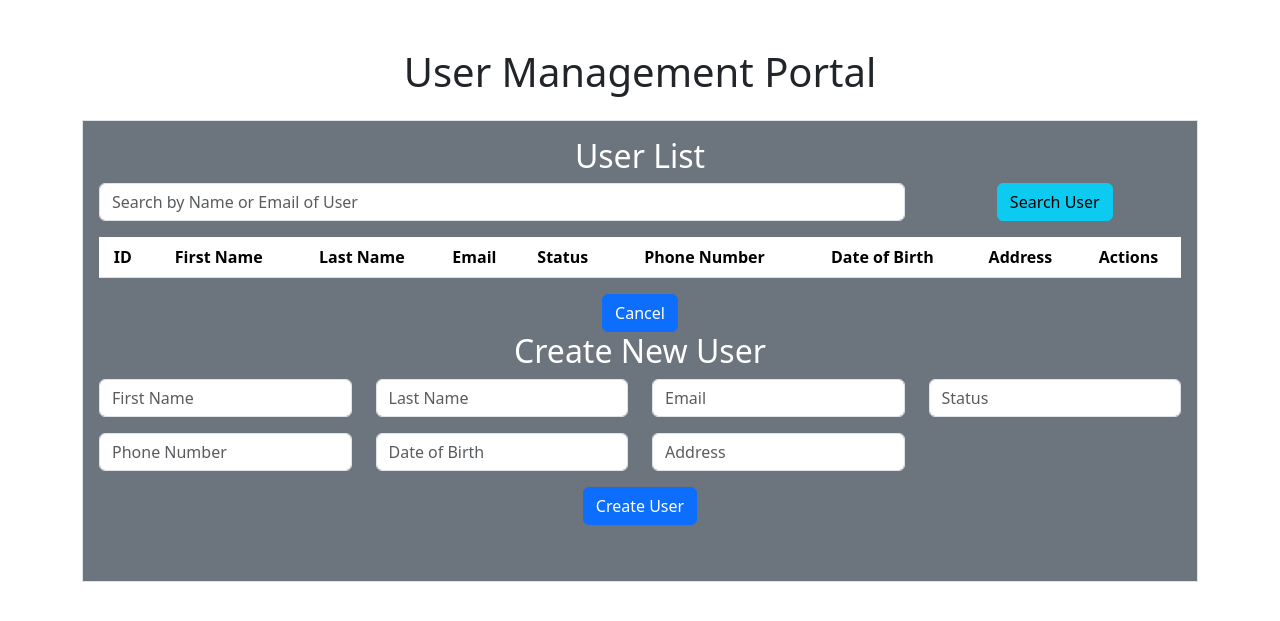
Repository: nairshreejith/reactstudent3
Page: /, after clicking the first element matching `button.btn-primary`
These files come from the project's save history. The page is drawn as it stood at one moment and after the next save; the edit follows.
The browser window is 1280 px wide. The pictures show the whole page.
The page's requests for data from a server got no answer. The project was rebuilt for these pictures with package versions that can differ from the ones it lists, and the page was loaded fresh each time. No one was signed in, and anything a server would have sent is missing.

Above is the page before, as saved 2023-09-15 18:56:20.

### src/App.js
import React, { useState, useEffect } from 'react';
import './App.css';
import './custom.css';
import axios from 'axios';

const api = axios.create({
  baseURL: 'http://localhost:8091', // Replace with your server's URL
});

function App() {
  const [users, setUsers] = useState([]);
  const [searchTerm, setSearchTerm] = useState('');
  const [newUser, setNewUser] = useState({
    firstname: '',
    lastname: '',
    email: '',
    status: '',
    phonenumber: '',
    dob: '',
    address: '',
  });
  const [editingUser, setEditingUser] = useState(null);
  const [showCreateForm, setShowCreateForm] = useState(false); // Track whether to display the create user form

  useEffect(() => {
    fetchUsers();
  }, []);

  const fetchUsers = () => {
    api.get(`/api/users`)
      .then((response) => setUsers(response.data))
      .catch((error) => console.error(error));
  };

  const handleSearch = () => {
    api.get(`/api/users/search/${searchTerm}`)
      .then((response) => setUsers(response.data))
      .catch((error) => console.error(error));
  };

  const handleCreateUser = () => {
    api.post('/api/users', newUser)
      .then(() => {
        fetchUsers();
        setNewUser({
          firstname: '',
          lastname: '',
          email: '',
          status: '',
          phonenumber: '',
          dob: '',
          address: '',
        });
        setShowCreateForm(false);
      })
      .catch((error) => console.error(error));
  };

  const handleModifyUser = (id) => {
    // Implement the logic to modify a user's data
    const modifiedUserData = users.find((user) => user.id === id);

    api.put(`/api/users/${id}`, modifiedUserData)
      .then(() => {
        // Refresh user list after modification
        fetchUsers();
        setEditingUser(null); // Clear the editing state
      })
      .catch((error) => console.error(error));
  };

  const handleDeleteUser = (id) => {
    api.delete(`/api/users/${id}`)
      .then(() => {
        fetchUsers();
      })
      .catch((error) => console.error(error));
  };

  return (
    <div className="App container mt-5">
      <h1 className="mb-4">User Management Portal</h1>
      <div className="border bg-secondary text-white p-3 mb-4">
        <h2>User List</h2>
        <div className="mb-3">
          <div className="row">
            <div className="col-md-9">
              <input type="text" className="form-control" placeholder="Search by Name or Email of User" value={searchTerm} onChange={(e) => setSearchTerm(e.target.value)} />
            </div>
            <div className="col-md-3">
              <button className="btn btn-info" onClick={handleSearch}>Search User</button>
            </div>
          </div>
        </div>
        <table className="table table-striped">
          <thead>
            <tr>
              <th>ID</th>
              <th>First Name</th>
              <th>Last Name</th>
              <th>Email</th>
              <th>Status</th>
              <th>Phone Number</th>
              <th>Date of Birth</th>
              <th>Address</th>
              <th>Actions</th>
            </tr>
          </thead>
          <tbody>
            {users.map((user) => (
              <tr key={user.id}>
                <td>{user.id}</td>
                <td>
                  {editingUser === user.id ? (
                    <input
                      type="text"
                      className="form-control"
                      value={user.firstname}
                      onChange={(e) => {
                        const updatedUser = { ...user, firstname: e.target.value };
                        const updatedUsers = [...users];
                        updatedUsers[updatedUsers.findIndex((u) => u.id === user.id)] = updatedUser;
                        setUsers(updatedUsers);
                      }}
                    />
                  ) : (
                    user.firstname
                  )}
                </td>
                {/* Render other user attributes */}
                <td>{user.lastname}</td>
                <td>{user.email}</td>
                <td>{user.status}</td>
                <td>{user.phonenumber}</td>
                <td>{user.dob}</td>
                <td>{user.address}</td>
                <td>
                  {editingUser === user.id ? (
                    <button className="btn btn-success" onClick={() => handleModifyUser(user.id)}>Save User</button>
                  ) : (
                    <>
                      <button className="btn btn-warning" onClick={() => setEditingUser(user.id)}>Edit User</button>
                      <button className="btn btn-danger" onClick={() => handleDeleteUser(user.id)}>Delete User</button>
                    </>
                  )}
                </td>
              </tr>
            ))}
          </tbody>
        </table>
        <button className="btn btn-primary" onClick={() => setShowCreateForm(!showCreateForm)}>
          {showCreateForm ? "Cancel" : "Create User"}
        </button>
        {showCreateForm && (
          <div>
            <h2>Create New User</h2>
            <div className="row">
              <div className="col-md-3">
                <input type="text" className="form-control" placeholder="First Name" value={newUser.firstname} onChange={(e) => setNewUser({ ...newUser, firstname: e.target.value })} />
              </div>
              <div className="col-md-3">
                <input type="text" className="form-control" placeholder="Last Name" value={newUser.lastname} onChange={(e) => setNewUser({ ...newUser, lastname: e.target.value })} />
              </div>
              <div className="col-md-3">
                <input type="text" className="form-control" placeholder="Email" value={newUser.email} onChange={(e) => setNewUser({ ...newUser, email: e.target.value })} />
              </div>
              <div className="col-md-3">
                <input type="text" className="form-control" placeholder="Status" value={newUser.status} onChange={(e) => setNewUser({ ...newUser, status: e.target.value })} />
              </div>
            </div>
            <div className="row mt-3">
              <div className="col-md-3">
                <input type="text" className="form-control" placeholder="Phone Number" value={newUser.phonenumber} onChange={(e) => setNewUser({ ...newUser, phonenumber: e.target.value })} />
              </div>
              <div className="col-md-3">
                <input type="text" className="form-control" placeholder="Date of Birth" value={newUser.dob} onChange={(e) => setNewUser({ ...newUser, dob: e.target.value })} />
              </div>
              <div className="col-md-3">
                <input type="text" className="form-control" placeholder="Address" value={newUser.address} onChange={(e) => setNewUser({ ...newUser, address: e.target.value })} />
              </div>
              <div className="mb-4 p-3">
                <button className="btn btn-primary" onClick={handleCreateUser}>Create User</button>
              </div>
            </div>
          </div>
        )}
      </div>
    </div>
  );
}

export default App;

### src/App.css
.App {
  text-align: center;

}


.App-logo {
  height: 40vmin;
  pointer-events: none;
}

@media (prefers-reduced-motion: no-preference) {
  .App-logo {
    animation: App-logo-spin infinite 20s linear;
  }
}

.App-header {
  background-color: black;
  min-height: 100vh;
  display: flex;
  flex-direction: column;
  align-items: center;
  justify-content: center;
  font-size: calc(10px + 2vmin);
  color: white;
}

.App-link {
  color: #61dafb;
}

@keyframes App-logo-spin {
  from {
    transform: rotate(0deg);
  }
  to {
    transform: rotate(360deg);
  }
}

### src/custom.css



body {
    background-color: black;
    color: white; /* Set the text color to white */
}

Loaded but not shown: public/index.html (common file); src/index.js (common file); src/reportWebVitals.js (common file); src/index.css (no stored copy; drawn as an empty file)

After the next save:
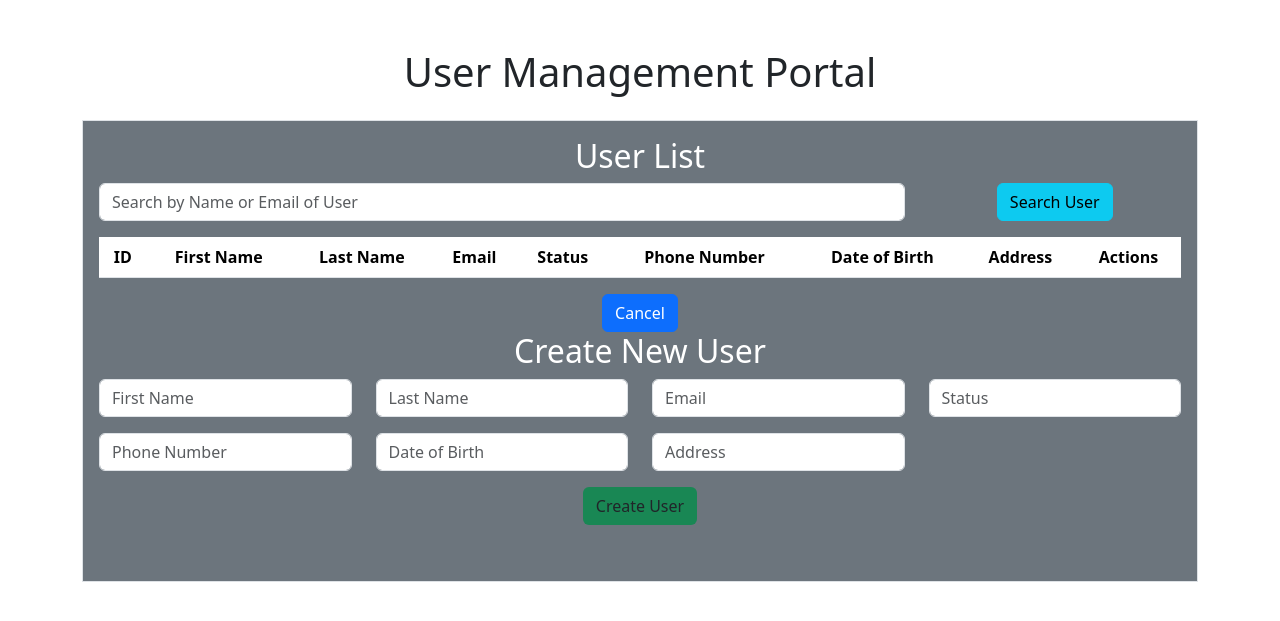
Saved 40 s later.
--- a/src/App.js
+++ b/src/App.js
@@ -179,7 +179,7 @@ function App() {
                 <input type="text" className="form-control" placeholder="Address" value={newUser.address} onChange={(e) => setNewUser({ ...newUser, address: e.target.value })} />
               </div>
               <div className="mb-4 p-3">
-                <button className="btn btn-primary" onClick={handleCreateUser}>Create User</button>
+                <button className="btn bg-success" onClick={handleCreateUser}>Create User</button>
               </div>
             </div>
           </div>
